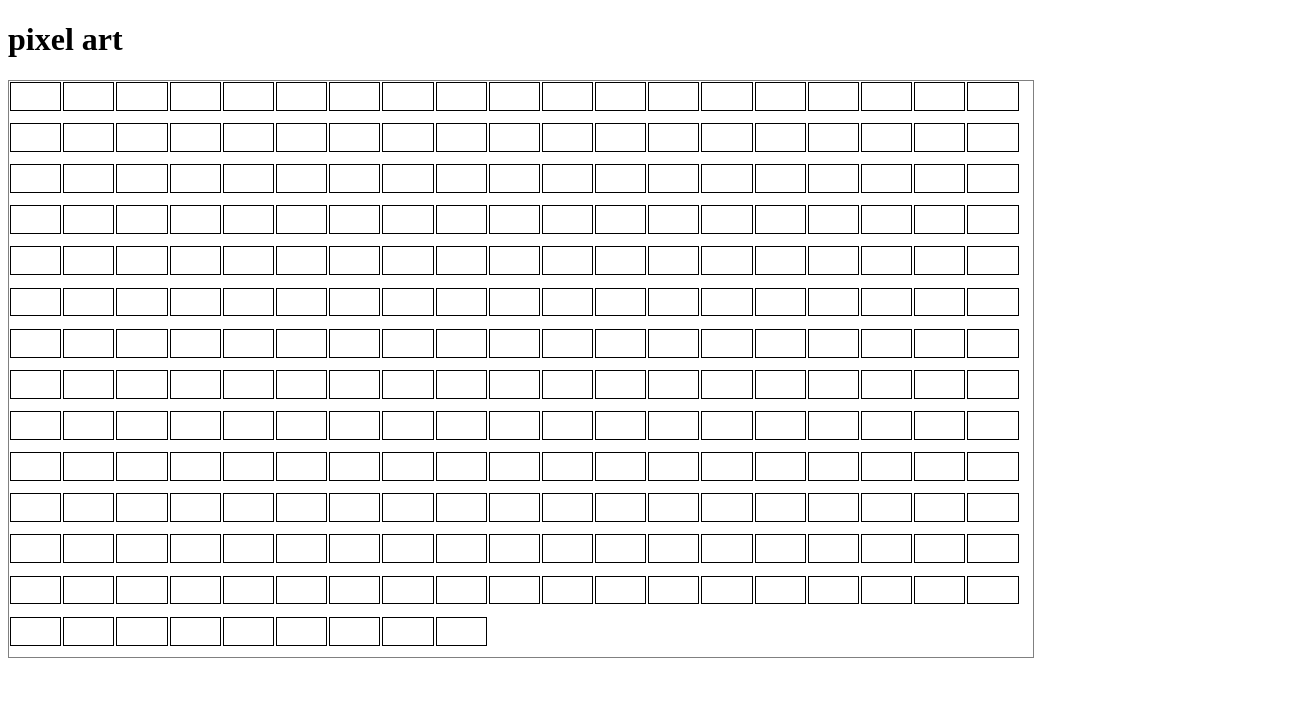
Repository: bechara611/pixelartdb
Page: /
An editor plug-in stored every save of this project. The page is shown before and after the next save, followed by the edit.
The browser window is 1280 px wide. The page is 1280 px wide, then 1290 px, so the pictures cover 1290 px, including what lies to the right of the window. The pictures show the whole page.
The project was rebuilt for these pictures with package versions that can differ from the ones it lists, and the page was loaded fresh each time. Also part of the build but not shown: vite.config.js.

Above is the page before, as saved 2023-03-05 19:43:37.

### src/main.jsx
import React from 'react'
import ReactDOM from 'react-dom/client'
import App from './App'


ReactDOM.createRoot(document.getElementById('root')).render(

    <App />

)

### src/App.jsx

import { useState } from 'react'
import './App.css'
import { Pixel } from './Pixel'

const App=()=> {
const  [pixels, setPixels] = useState(
  Array.from({length:16*16})
)
const funcionArray=(index)=>{
  let nuevoArray = [...pixels]
  console.log(index)
 console.log(!nuevoArray[index])
}

  return (
    <>
      <h1>pixel art</h1>

      <div className="contenedor">
      {
        pixels.map((a,index)=>{
          return <Pixel key={index}
                  funcion={()=>funcionArray(index)}
          ></Pixel>
        })
      }

      </div>
    </>
  )
}

export default App

### src/App.css

.pixel{
  width: calc(100%/20);
  height: calc(100%/20);
  border: 1px solid black;
  margin: 1px;
  box-sizing: border-box;

}
.active{
  background: green;
}

.contenedor{

  display: flex;
  flex-direction: row;
  flex-wrap: wrap;
  width: fit-content;
  border: 1px solid grey;
  height: 80vh;

}

### src/Pixel.jsx
import React, { useState } from 'react'
import './App.css'
import {selectableGroup, createSelectable} from 'react-selectable-fast'
export const Pixel = (props) => {
    const [isActive, setisActive] = useState(false)
  return (

 <div className={`pixel ${props.active ? 'active' : ''}`} style={{ background:props.active ? props.color : ''}}
 onClick={()=>{
    setisActive(!isActive)
    props.funcion();
}}
onMouseDown={()=>{props.onMouseDown()}}
onMouseUp={()=>{props.onMouseUp()}}
onTouchEnd={()=>{props.onMouseUp()}}
onMouseOver={()=>{props.onMouseOver()}}
onTouchStart={()=>{{
    props.onMouseDown()
    props.onMouseOver()}}}
 >

 </div>
  )
}

Loaded but not shown: index.html (common file)

After the next save:
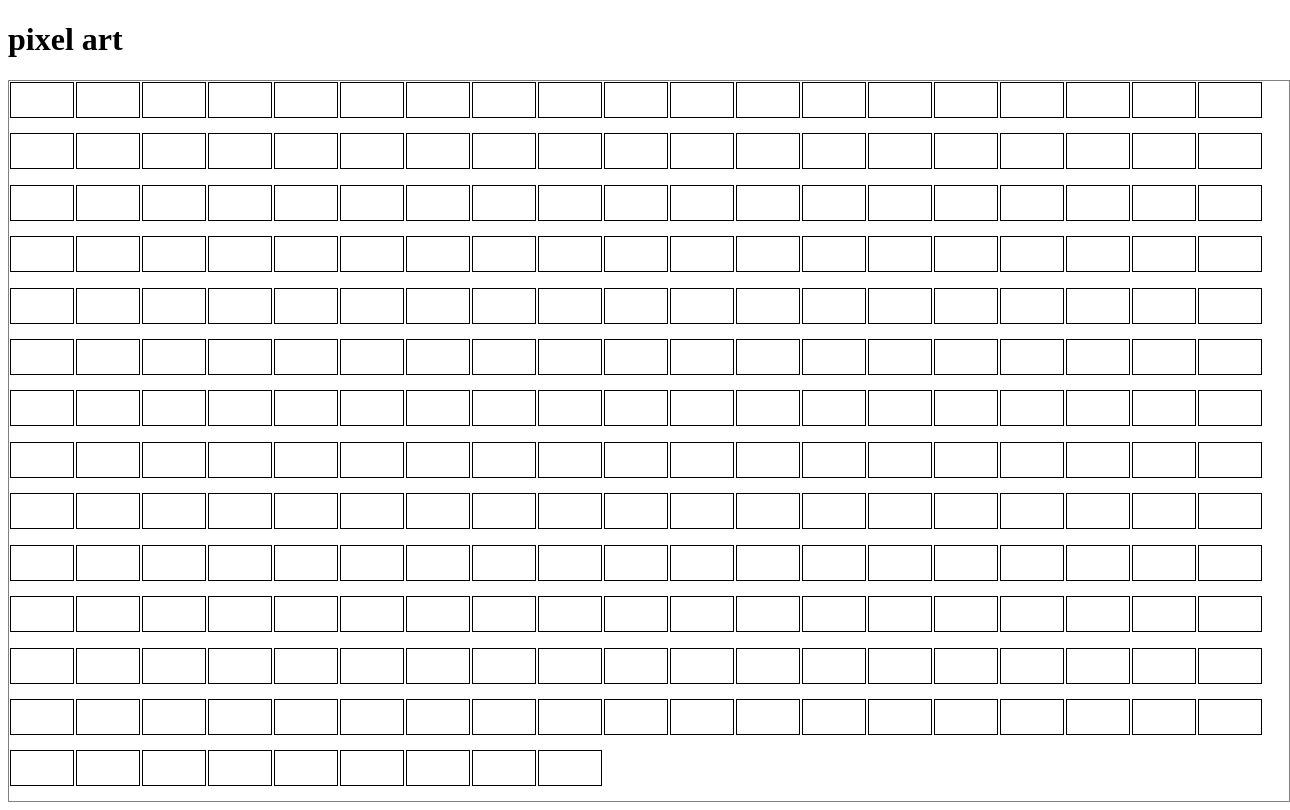
Saved 23 s later.
--- a/src/App.css
+++ b/src/App.css
@@ -18,6 +18,7 @@
   flex-wrap: wrap;
   width: fit-content;
   border: 1px solid grey;
-  height: 80vh;
+width: 100vw;
+height: 100vh;
 
 }
